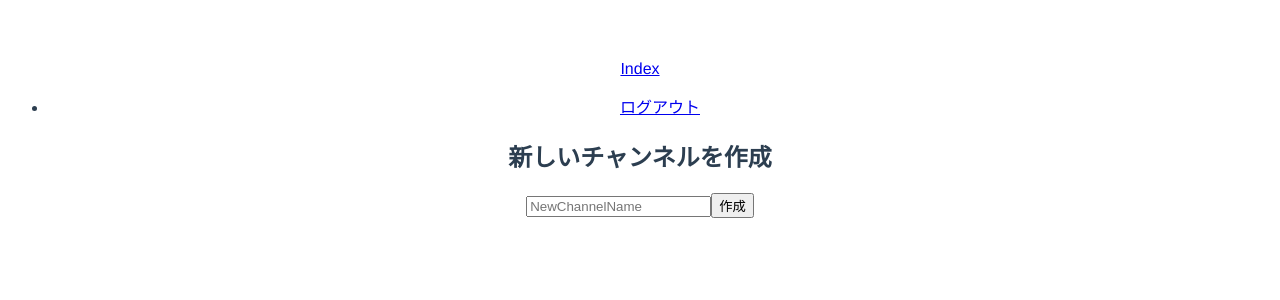
Repository: dododoSA/chat-app
Page: /channel/new (app in front/)
The author's editor kept a copy of each file at every save. The page is drawn from the files as they stood at one save, then again after the next save.
The browser window is 1280 px wide. The pictures show the whole page.
The project was rebuilt for these pictures with package versions that can differ from the ones it lists, and the page was loaded fresh each time. Also part of the build but not shown: front/vue.config.js, front/src/components/HelloWorld.vue, front/src/components/Thread.vue, front/src/components/Channel.vue, front/src/components/Top.vue, front/src/components/Login.vue, front/src/components/Signup.vue, front/src/components/EditChannelForm.vue.

Above is the page before, as saved 2019-09-09 10:41:04.

After the next save:
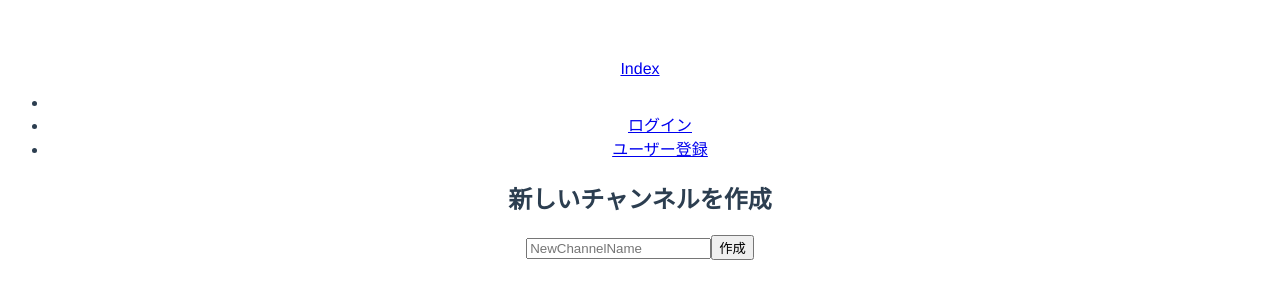
Saved 2 min 15 s later.
--- a/front/src/App.vue
+++ b/front/src/App.vue
@@ -42,7 +42,7 @@
   },
   computed: {
     me() {
-      return this.$store.username
+      return this.$store.username == '' ? false : true
     }
   }
 }

After the save that followed:
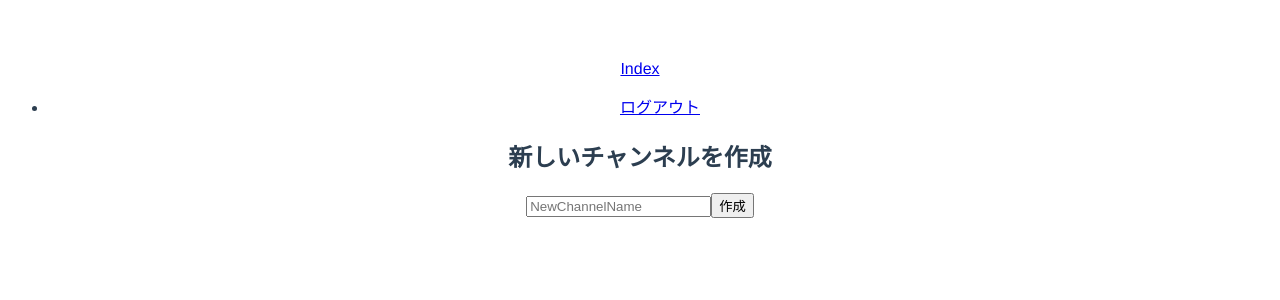
Saved 10 min 46 s later.
--- a/front/src/App.vue
+++ b/front/src/App.vue
@@ -42,7 +42,7 @@
   },
   computed: {
     me() {
-      return this.$store.username == '' ? false : true
+      return this.$store.getters.geetUsername
     }
   }
 }
